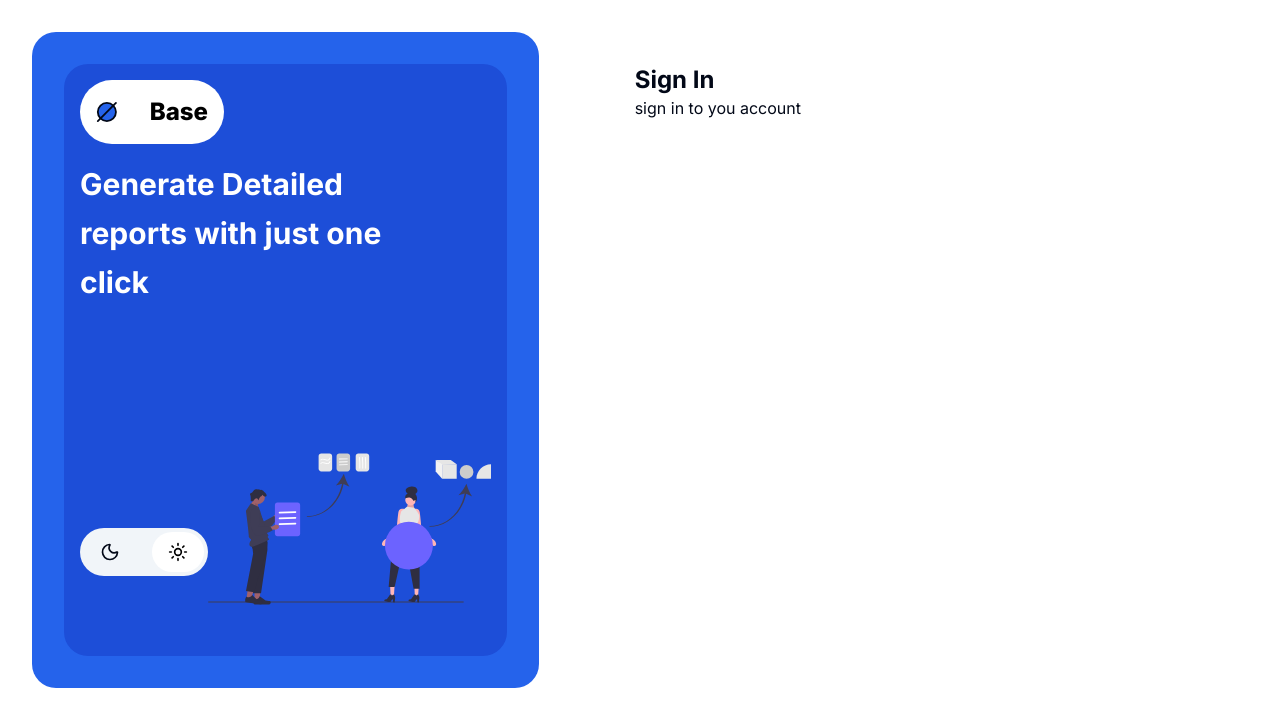
Repository: Hardyy00/openinapp_assignment
Page: /
The author's editor kept a copy of each file at every save. The page is drawn from the files as they stood at one save, then again after the next save.
The browser window is 1280 px wide. The pictures show the whole page.
The project was rebuilt for these pictures with package versions that can differ from the ones it lists, and the page was loaded fresh each time. The framework's server and built-in components were replaced by stand-ins that run in the browser. Also part of the build but not shown: next.config.mjs.

Above is the page before, as saved 2024-08-23 16:08:44.

After the next save:
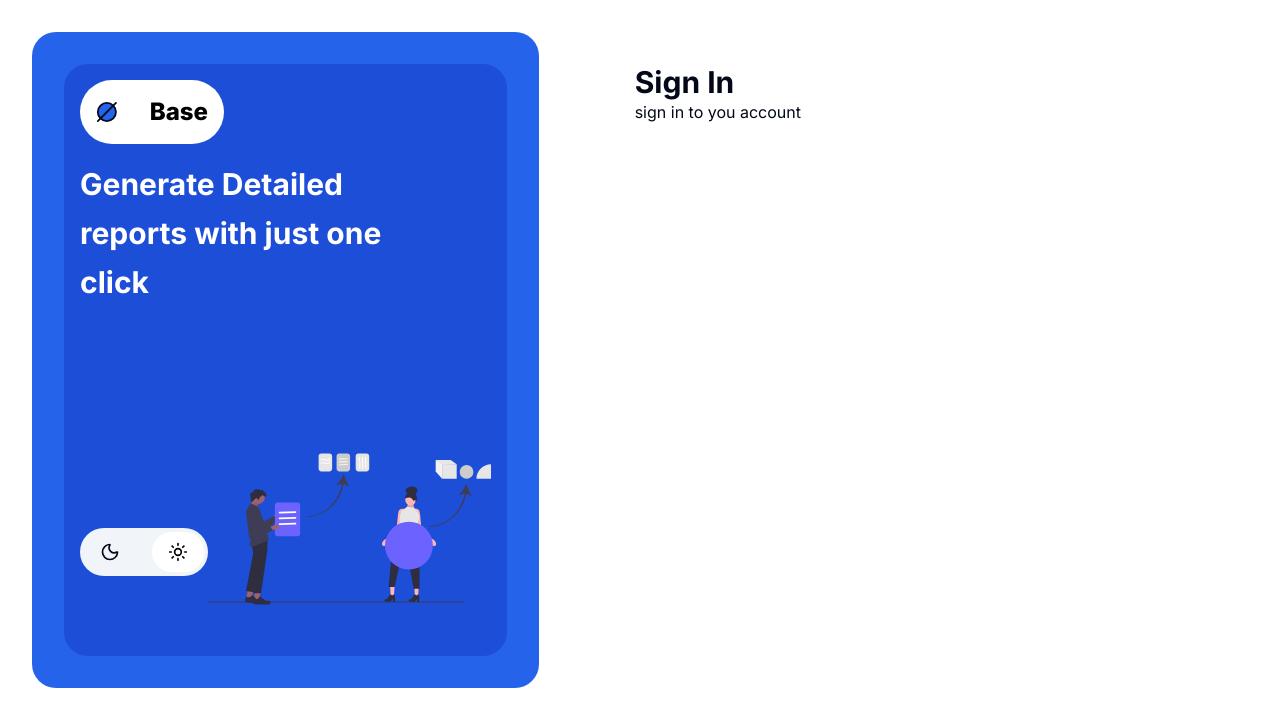
Saved 5 s later.
--- a/app/(auth)/page.tsx
+++ b/app/(auth)/page.tsx
@@ -3,7 +3,7 @@ export default function Page() {
     <div className="h-full p-8">
       <div className="p-8">
         <div>
-          <h1 className="text-foreground font-bold text-2xl">Sign In</h1>
+          <h1 className="text-foreground font-bold text-3xl">Sign In</h1>
           <p>sign in to you account</p>
         </div>
       </div>
